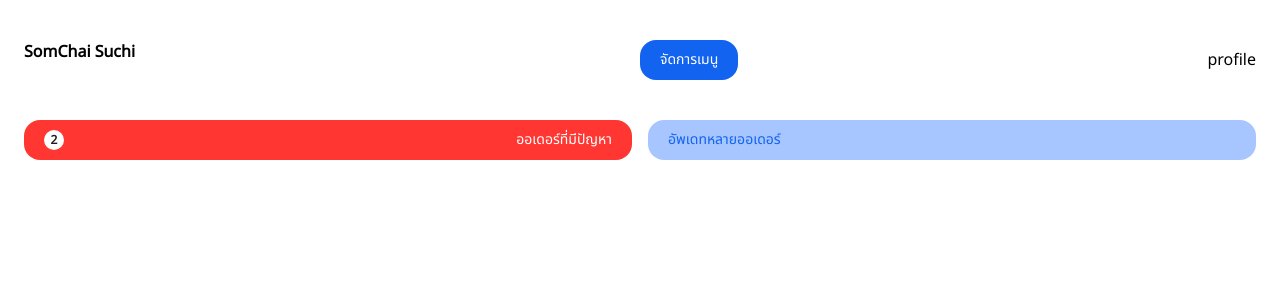
Repository: Pingping1004/food-ordering
Page: / (app in frontend/)
An editor plug-in stored every save of this project. The page is shown before and after the next save, followed by the edit.
The browser window is 1280 px wide. The pictures show the whole page.
The project was rebuilt for these pictures with package versions that can differ from the ones it lists, and the page was loaded fresh each time. The framework's server and built-in components were replaced by stand-ins that run in the browser. Also part of the build but not shown: frontend/next.config.ts.

Above is the page before, as saved 2025-06-04 05:29:46.

### frontend/src/app/layout.tsx
import type { Metadata } from "next";
import { Geist, Geist_Mono } from "next/font/google";
import "./globals.css";

const geistSans = Geist({
  variable: "--font-geist-sans",
  subsets: ["latin"],
});

const geistMono = Geist_Mono({
  variable: "--font-geist-mono",
  subsets: ["latin"],
});

export const metadata: Metadata = {
  title: "Create Next App",
  description: "Generated by create next app",
};

export default function RootLayout({
  children,
}: Readonly<{
  children: React.ReactNode;
}>) {
  return (
    <html lang="en">
      <head>
        {/* // Poppins google font api connected */}
          <link rel="preconnect" href="https://fonts.googleapis.com" />
          <link
              rel="preconnect"
              href="https://fonts.gstatic.com"
              crossOrigin="anonymous"
          />

          {/* // Poppins google font api connected */}
          <link href='https://fonts.googleapis.com/css?family=Noto Sans Thai' rel='stylesheet'></link>
      </head>
      <body
        className={`${geistSans.variable} ${geistMono.variable} antialiased`}
      >
        {children}
      </body>
    </html>
  );
}

### frontend/src/app/page.tsx
import { Button } from "@/components/Button";
import CookerHeader from "@/components/cookers/Header";
import { NumberIssued } from "@/components/NumberIssue";

export default function CookerHomePage() {
  return (
    <div className="py-10 px-6">
      <CookerHeader />
      <section className="grid grid-cols-2 py-10 gap-4">
        <Button
          variant="danger"
          size="md"
          className="flex items-center justify-between"
          icon={<NumberIssued issuedOrder={2} />}
        >
          ออเดอร์ที่มีปัญหา
        </Button>
        <Button
          variant="secondary"
          size="md"
          className="flex items-center justify-between"
        >อัพเดทหลายออเดอร์</Button>
      </section>
    </div>
  );
}

### frontend/src/app/globals.css
@import "tailwindcss";

body {
  font-family: 'Poppins', 'Noto Sans Thai', sans-serif;
}

:root {
  --background: #ffffff;
  --foreground: #171717;
}

@theme inline {
  --color-background: var(--background);
  --color-foreground: var(--foreground);
  --font-sans: var(--font-geist-sans);
  --font-mono: var(--font-geist-mono);
}

@theme {
    --color-danger-main: #FF3632;
    --color-danger-light: #FFB2B0;
    --color-primary-main: #1263F0;
    --color-primary-light: #A7C6FF;
}

@media (prefers-color-scheme: dark) {
  :root {
    --background: #0a0a0a;
    --foreground: #ededed;
  }
}

.bg-primary {
    background-color: #1263F0;
}

.text-primary {
  color: #1E1E1E;
}

.text-secondary {
  color: #1E1E1E;
  opacity: 0.75;
}

.text-tertiary {
  color: #1E1E1E;
  opacity: 0.5;
}
.text-quaternary {
  color: #1E1E1E;
  opacity: 0.25;
}

.poppins-thin {
  font-family: "Poppins", sans-serif;
  font-weight: 100;
  font-style: normal;
}

.poppins-extralight {
  font-family: "Poppins", sans-serif;
  font-weight: 200;
  font-style: normal;
}

.poppins-light {
  font-family: "Poppins", sans-serif;
  font-weight: 300;
  font-style: normal;
}

.poppins-regular {
  font-family: "Poppins", sans-serif;
  font-weight: 400;
  font-style: normal;
}

.poppins-medium {
  font-family: "Poppins", sans-serif;
  font-weight: 500;
  font-style: normal;
}

.poppins-semibold {
  font-family: "Poppins", sans-serif;
  font-weight: 600;
  font-style: normal;
}

.poppins-bold {
  font-family: "Poppins", sans-serif;
  font-weight: 700;
  font-style: normal;
}

.poppins-extrabold {
  font-family: "Poppins", sans-serif;
  font-weight: 800;
  font-style: normal;
}

.poppins-black {
  font-family: "Poppins", sans-serif;
  font-weight: 900;
  font-style: normal;
}

.noto-sans-regular {
  font-family: "Noto Sans Thai", sans-serif;
  font-weight: 400;
  font-style: normal;
}

.noto-sans-bold {
  font-family: "Noto Sans Thai", sans-serif;
  font-weight: 700;
  font-style: normal;
}

### frontend/src/components/Button.tsx
import { cva, VariantProps } from 'class-variance-authority';
import clsx from 'clsx';
import React from 'react';

const button = cva('noto-sans-regular items-center text-sm', {
    variants: {
        variant: {
            primary: 'bg-primary-main text-white',
            secondary: 'bg-primary-light text-primary-main',
            danger: 'bg-danger-main text-white',
            'secondary-danger': 'bg-danger-light text-danger-main',
        },
        size: {
            md: 'px-5 py-2.5 rounded-2xl',
            lg: 'px-6 py-3 rounded-2xl',
            full: 'w-full py-3 rounded-2xl noto-sans-bold',
            half: 'w-1/2 py-2.5 rounded-2xl',
        },
        disabled: {
            true: 'opacity-50 cursor-not-allowed',
            false: 'cursor-pointer',
        }
    },
    defaultVariants: {
        variant: 'primary',
        size: 'md',
        disabled: false,
    },
});

type ButtonProps = React.ButtonHTMLAttributes<HTMLButtonElement> &
    VariantProps<typeof button> & {
        icon?: React.ReactNode;
        iconPosition?: 'start' | 'end';
    };

export const Button = ({
    className,
    variant,
    size,
    disabled,
    icon,
    iconPosition = 'start',
    children,
    ...props
}: ButtonProps) => {
    return (
        <button className={clsx(button({ variant, size, disabled }), className)} {...props}>
            {icon && iconPosition === 'start' && <span>{icon}</span>}
            <span>{children}</span>
            {icon && iconPosition === 'end' && <span>{icon}</span>}
        </button>
    );
}

### frontend/src/components/cookers/Header.tsx
import React from "react";
import { Button } from "../Button";

export default function CookerHeader() {
    return (
        <>
            <header className="w-full flex items-center">
                <div className="grid grid-cols-2 w-full">
                    <div>
                        <h1 className="font-bold">SomChai Suchi</h1>
                    </div>

                    <div className="w-full flex justify-between items-center">
                        <Button
                            variant="primary"
                            size="md"
                        >จัดการเมนู</Button>

                        <div>
                            <div className="profile-icon">profile</div>
                        </div>
                    </div>
                </div>
            </header>
        </>
    );
}

### frontend/src/components/NumberIssue.tsx
import React from 'react';

export const NumberIssued = ({ issuedOrder }: { issuedOrder: number }) => {
    return (
        <div className="flex items-center justify-center w-5 h-5 rounded-full bg-white text-primary text-xs noto-sans-bold">
            {issuedOrder > 0 ? issuedOrder : 0}
        </div>
    )
}

After the next save:
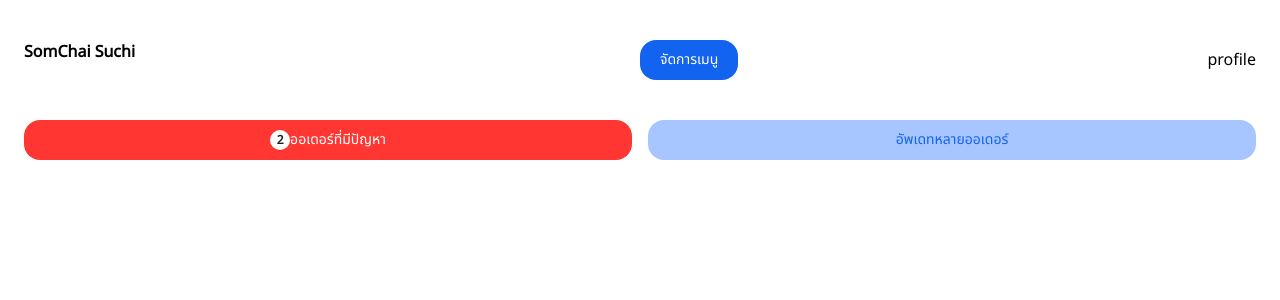
Saved 11 s later.
--- a/frontend/src/components/Button.tsx
+++ b/frontend/src/components/Button.tsx
@@ -2,7 +2,7 @@ import { cva, VariantProps } from 'class-variance-authority';
 import clsx from 'clsx';
 import React from 'react';
 
-const button = cva('noto-sans-regular items-center text-sm', {
+const button = cva('noto-sans-regular justify-center text-sm', {
     variants: {
         variant: {
             primary: 'bg-primary-main text-white',
